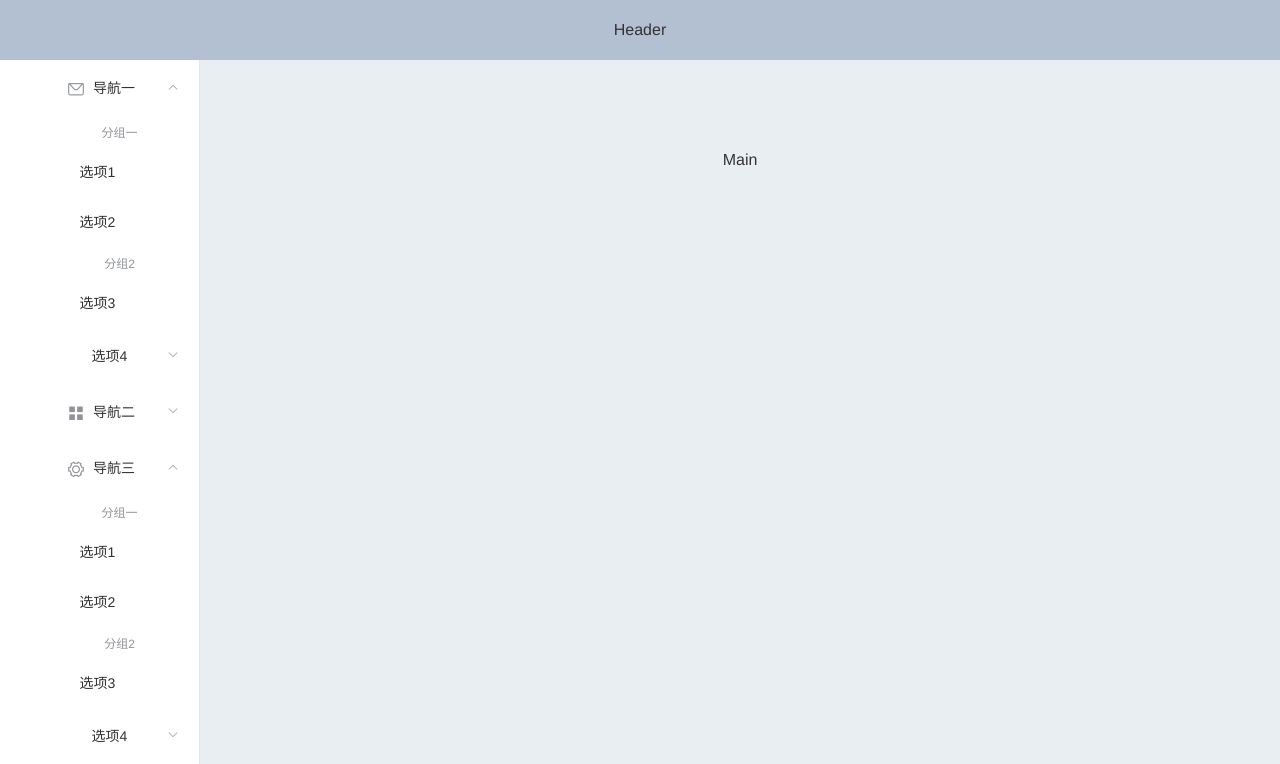
Repository: ZhangWeiSep/learning-web
Page: /index
These files come from the project's save history. The page is drawn as it stood at one moment and after the next save; the edit follows.
The browser window is 1280 px wide. The pictures show the whole page.
The project was rebuilt for these pictures with package versions that can differ from the ones it lists, and the page was loaded fresh each time. Also part of the build but not shown: src/page/logIn.vue.

Above is the page before, as saved 2020-08-13 13:56:29.

After the next save:
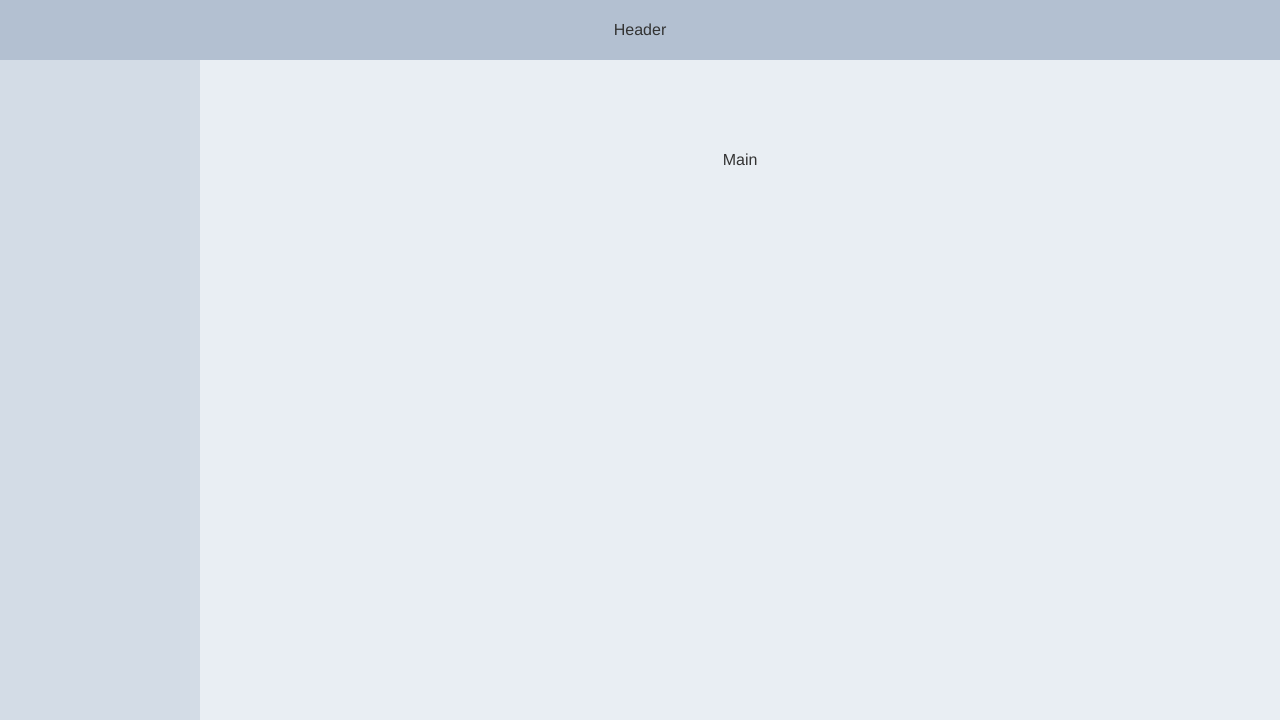
Saved 23 s later.
--- a/src/page/index.vue
+++ b/src/page/index.vue
@@ -4,7 +4,7 @@
     <el-container>
       <el-aside width="200px">
 
-       <el-menu :default-openeds="['1', '3']">
+       <!-- <el-menu :default-openeds="['1', '3']">
          <el-submenu index="1">
            <template slot="title"><i class="el-icon-message"></i>导航一</template>
            <el-menu-item-group>
@@ -50,7 +50,7 @@
              <el-menu-item index="3-4-1">选项4-1</el-menu-item>
            </el-submenu>
          </el-submenu>
-       </el-menu>
+       </el-menu> -->
 
       </el-aside>
       <el-container>
